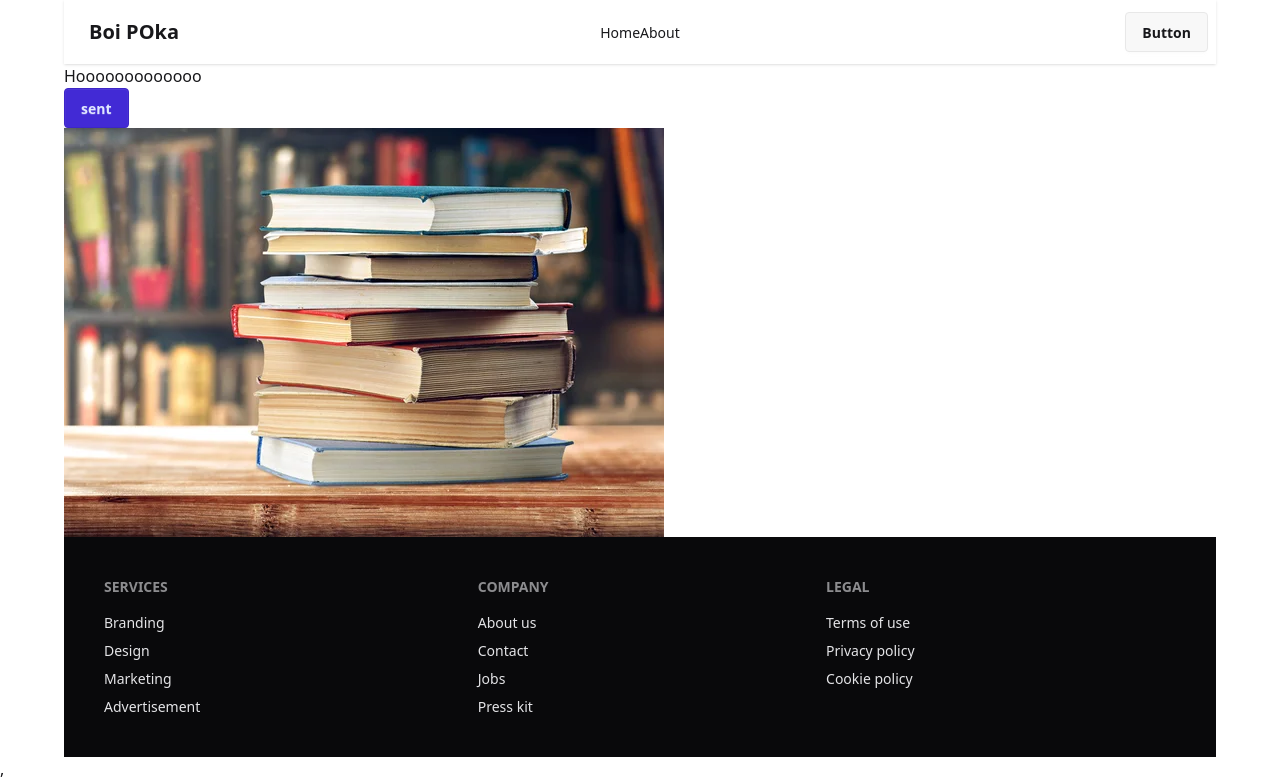
Repository: SanjidaSnigdha/Boipoka-Book-Vibe-Project
Page: /
The author's editor kept a copy of each file at every save. The page is drawn from the files as they stood at one save, then again after the next save.
The browser window is 1280 px wide. The pictures show the whole page.
The project was rebuilt for these pictures with package versions that can differ from the ones it lists, and the page was loaded fresh each time. Also part of the build but not shown: vite.config.js, src/App.css, src/App.jsx, src/Pages/Root/ErrorPage/ErrorPage.jsx.

Above is the page before, as saved 2026-05-12 11:41:02.

After the next save:
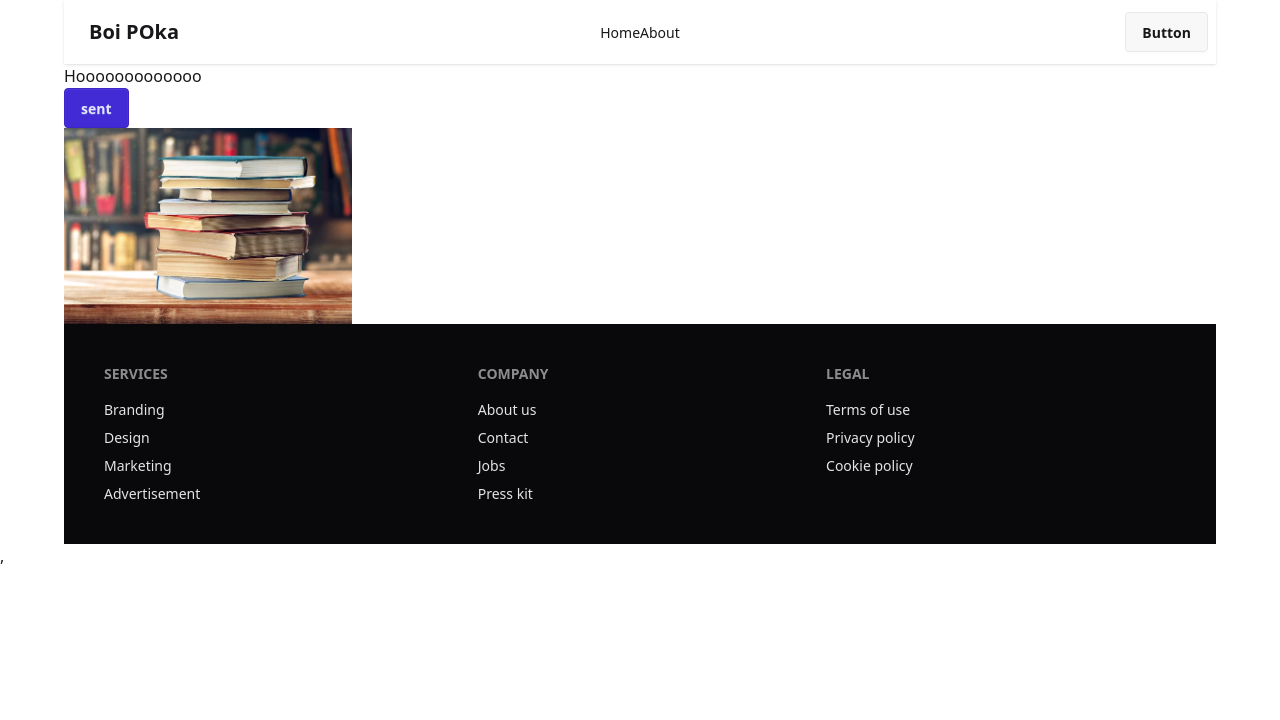
Saved 51 s later.
--- a/src/Components/Banner/Banner.jsx
+++ b/src/Components/Banner/Banner.jsx
@@ -9,7 +9,7 @@ const Banner = () => {
             <button className='btn btn-primary'>sent</button>
             </diV>
             <div>
-               <img src={bookImage} alt="" />
+               <img className='w-3/12' src={bookImage} alt="" />
             </div>
         </div>
     );
